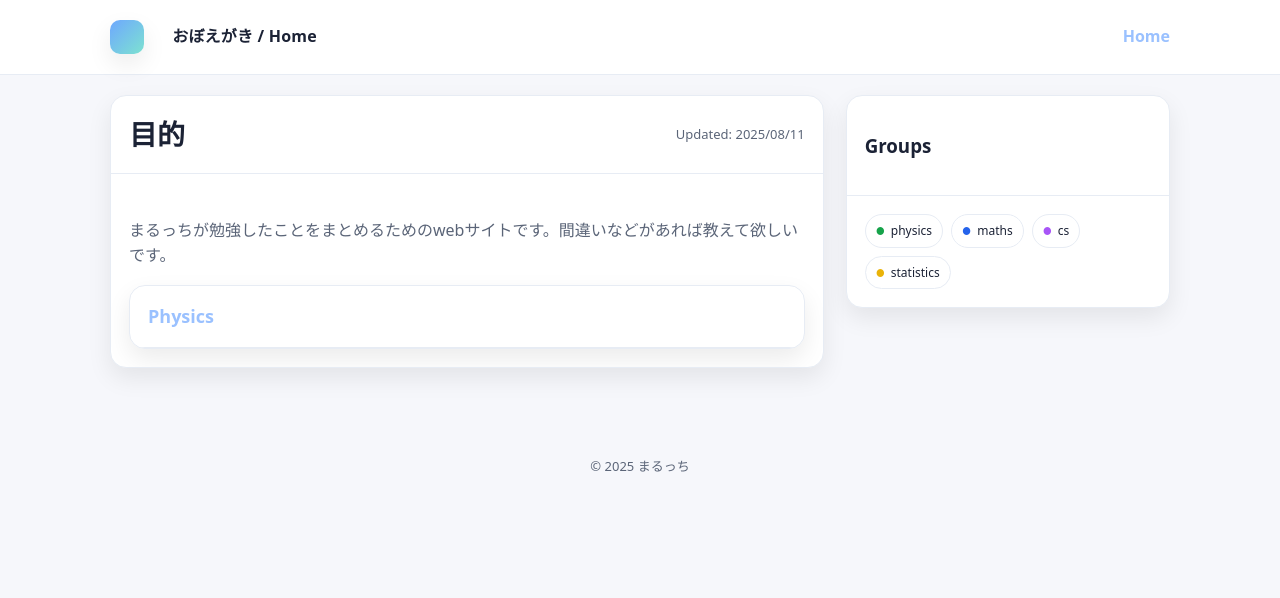
Repository: Riki-Mochimaru/tureduretunedune
Page: index.html
The author's editor kept a copy of each file at every save. The page is drawn from the files as they stood at one save, then again after the next save.
The browser window is 1280 px wide. The pictures show the whole page.

Above is the page before, as saved 2025-08-12 00:07:02.

After the next save:
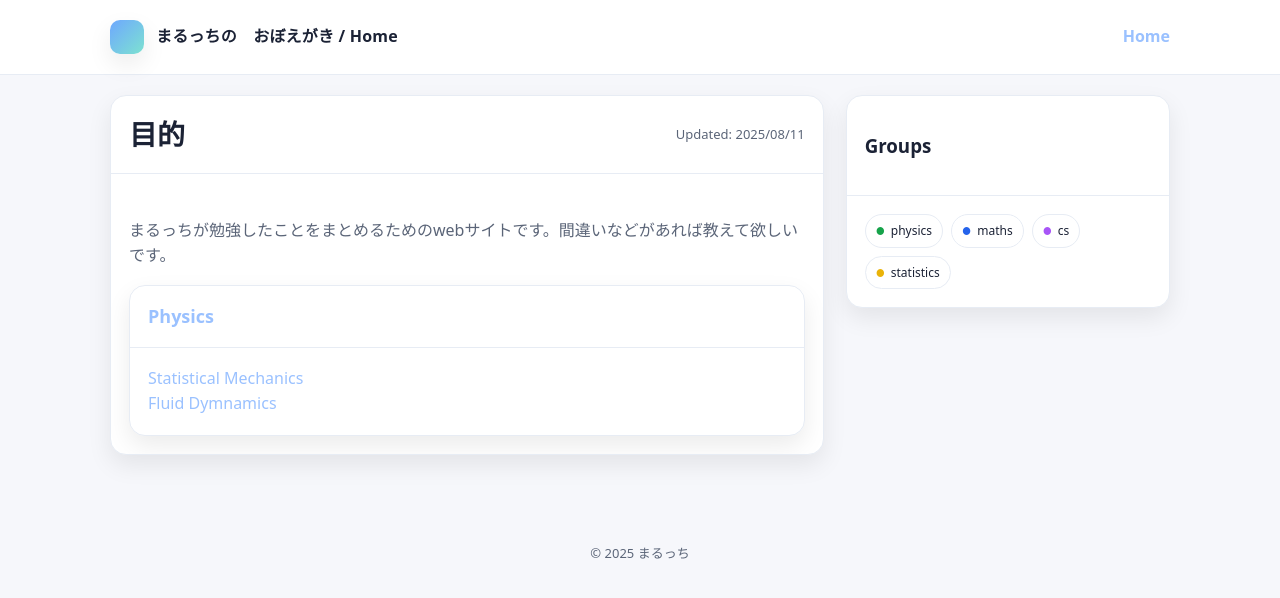
Saved 17 s later.
--- a/index.html
+++ b/index.html
@@ -9,7 +9,7 @@
 <body>
   <header class="site">
     <div class="shell row">
-      <div class="brand"><div class="brand-badge"></div><div><a href="./"></a>　おぼえがき / Home</div></div>
+      <div class="brand"><div class="brand-badge"></div><div>まるっちの　おぼえがき / Home</div></div>
       <nav>
         <a href="./">Home</a>
       </nav>
@@ -37,6 +37,11 @@
               <div class="hd"><h2 style="font-size:18px; margin:0;">
               <a href="physics/">Physics</a>
               </h2></div>
+              <div class="bd">
+                <div><a href="physics/SM/">Statistical Mechanics</a>
+                </div>
+                <div><a href="physics/FluidDynamics/">Fluid Dymnamics</a>
+                </div>
             </article>
 
 
